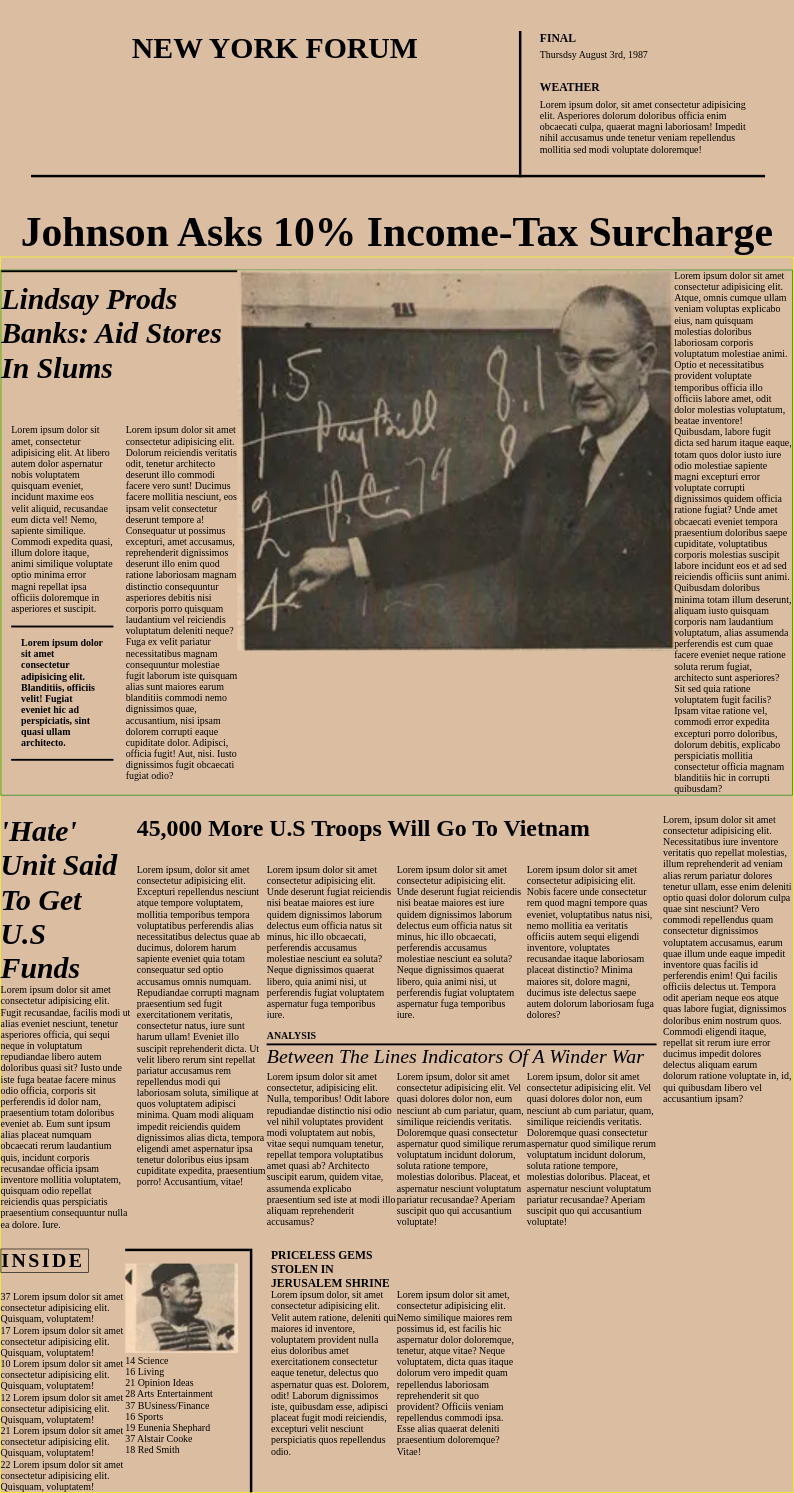
Repository: Arkitecth/newspaper-grid
Page: index.html
The author's editor kept a copy of each file at every save. The page is drawn from the files as they stood at one save, then again after the next save.
The browser window is 1280 px wide. The pictures show the whole page, at 62% of full size.

Above is the page before, as saved 2023-05-29 22:48:43.

### index.html
<!DOCTYPE html>
<html lang="en">
<head>
    <meta charset="UTF-8">
    <meta http-equiv="X-UA-Compatible" content="IE=edge">
    <meta name="viewport" content="width=device-width, initial-scale=1.0">
    <link rel="stylesheet" href="styles.css">
    <title>News Paper</title>
</head>
<body>
    <header id="header">
        <div>
            <h1>New York Forum</h1>
        </div>
        <div class="aside">
            <h3>Final</h3>
            <p>Thursdsy August 3rd, 1987</p>

            <h3>Weather</h3>
            <p>Lorem ipsum dolor, sit amet consectetur adipisicing elit. Asperiores dolorum doloribus officia enim obcaecati culpa, quaerat magni laboriosam! Impedit nihil accusamus unde tenetur veniam repellendus mollitia sed modi voluptate doloremque!</p>
        </div>
        <div class="divider"></div>
        <div class="divider"></div>
    </header>
    <main>
        <h2>Johnson Asks 10% Income-Tax Surcharge</h2>
        <div class="main-grid">
            <div class="first-row">
                <div class="sub-grid">
                    <h3>Lindsay Prods Banks: Aid Stores in Slums</h3>
                    <div class="sub-row">
                        <div class="left">
                            <p>Lorem ipsum dolor sit amet, consectetur adipisicing elit. At libero autem dolor aspernatur nobis voluptatem quisquam eveniet, incidunt maxime eos velit aliquid, recusandae eum dicta vel! Nemo, sapiente similique. Commodi expedita quasi, illum dolore itaque, animi similique voluptate optio minima error magni repellat ipsa officiis doloremque in asperiores et suscipit.</p>
                            <br>
                            <p class="highlight">Lorem ipsum dolor sit amet consectetur adipisicing elit. Blanditiis, officiis velit! Fugiat eveniet hic ad perspiciatis, sint quasi ullam architecto.</p>
                        </div>
                        <div class="right">
                            <p>Lorem ipsum dolor sit amet consectetur adipisicing elit. Dolorum reiciendis veritatis odit, tenetur architecto deserunt illo commodi facere vero sunt! Ducimus facere mollitia nesciunt, eos ipsam velit consectetur deserunt tempore a! Consequatur ut possimus excepturi, amet accusamus, reprehenderit dignissimos deserunt illo enim quod ratione laboriosam magnam distinctio consequuntur asperiores debitis nisi corporis porro quisquam laudantium vel reiciendis voluptatum deleniti neque? Fuga ex velit pariatur necessitatibus magnam consequuntur molestiae fugit laborum iste quisquam alias sunt maiores earum blanditiis commodi nemo dignissimos quae, accusantium, nisi ipsam dolorem corrupti eaque cupiditate dolor. Adipisci, officia fugit! Aut, nisi. Iusto dignissimos fugit obcaecati fugiat odio?</p>
                        </div>
                    </div>

                </div>

                <div class="middle-content">
                    <img src="assets/teacher.png" alt="teacher teaching stuff">
                </div>

                <div class="right-content">
                    <p>Lorem ipsum dolor sit amet consectetur adipisicing elit. Atque, omnis cumque ullam veniam voluptas explicabo eius, nam quisquam molestias doloribus laboriosam corporis voluptatum molestiae animi. Optio et necessitatibus provident voluptate temporibus officia illo officiis labore amet, odit dolor molestias voluptatum, beatae inventore! Quibusdam, labore fugit dicta sed harum itaque eaque, totam quos dolor iusto iure odio molestiae sapiente magni excepturi error voluptate corrupti dignissimos quidem officia ratione fugiat? Unde amet obcaecati eveniet tempora praesentium doloribus saepe cupiditate, voluptatibus corporis molestias suscipit labore incidunt eos et ad sed reiciendis officiis sunt animi. Quibusdam doloribus minima totam illum deserunt, aliquam iusto quisquam corporis nam laudantium voluptatum, alias assumenda perferendis est cum quae facere eveniet neque ratione soluta rerum fugiat, architecto sunt asperiores? Sit sed quia ratione voluptatem fugit facilis? Ipsam vitae ratione vel, commodi error expedita excepturi porro doloribus, dolorum debitis, explicabo perspiciatis mollitia consectetur officia magnam blanditiis hic in corrupti quibusdam?</p>
                </div>
            </div>


            <div class="second-row">
                <div class="first">
                    <h3>'Hate' Unit Said to Get U.S Funds</h3>
                    <p>Lorem ipsum dolor sit amet consectetur adipisicing elit. Fugit recusandae, facilis modi ut alias eveniet nesciunt, tenetur asperiores officia, qui sequi neque in voluptatum repudiandae libero autem doloribus quasi sit? Iusto unde iste fuga beatae facere minus odio officia, corporis sit perferendis id dolor nam, praesentium totam doloribus eveniet ab. Eum sunt ipsum alias placeat numquam obcaecati rerum laudantium quis, incidunt corporis recusandae officia ipsam inventore mollitia voluptatem, quisquam odio repellat reiciendis quas perspiciatis praesentium consequuntur nulla ea dolore. Iure.</p>
                </div>
                <div class="middle">
                    <h3>45,000 More U.S Troops will go to vietnam</h3>
                    <div class="middle-grid">
                        <p class="span-paragraph">Lorem ipsum, dolor sit amet consectetur adipisicing elit. Excepturi repellendus nesciunt atque tempore voluptatem, mollitia temporibus tempora voluptatibus perferendis alias necessitatibus delectus quae ab ducimus, dolorem harum sapiente eveniet quia totam consequatur sed optio accusamus omnis numquam. Repudiandae corrupti magnam praesentium sed fugit exercitationem veritatis, consectetur natus, iure sunt harum ullam! Eveniet illo suscipit reprehenderit dicta. Ut velit libero rerum sint repellat pariatur accusamus rem repellendus modi qui laboriosam soluta, similique at quos voluptatem adipisci minima. Quam modi aliquam impedit reiciendis quidem dignissimos alias dicta, tempora eligendi amet aspernatur ipsa tenetur doloribus eius ipsam cupiditate expedita, praesentium porro! Accusantium, vitae!</p>
                        <p>Lorem ipsum dolor sit amet consectetur adipisicing elit. Unde deserunt fugiat reiciendis nisi beatae maiores est iure quidem dignissimos laborum delectus eum officia natus sit minus, hic illo obcaecati, perferendis accusamus molestiae nesciunt ea soluta? Neque dignissimos quaerat libero, quia animi nisi, ut perferendis fugiat voluptatem aspernatur fuga temporibus iure.</p>
                        <p>Lorem ipsum dolor sit amet consectetur adipisicing elit. Unde deserunt fugiat reiciendis nisi beatae maiores est iure quidem dignissimos laborum delectus eum officia natus sit minus, hic illo obcaecati, perferendis accusamus molestiae nesciunt ea soluta? Neque dignissimos quaerat libero, quia animi nisi, ut perferendis fugiat voluptatem aspernatur fuga temporibus iure.</p>
                       <p>Lorem ipsum dolor sit amet consectetur adipisicing elit. Nobis facere unde consectetur rem quod magni tempore quas eveniet, voluptatibus natus nisi, nemo mollitia ea veritatis officiis autem sequi eligendi inventore, voluptates recusandae itaque laboriosam placeat distinctio? Minima maiores sit, dolore magni, ducimus iste delectus saepe autem dolorum laboriosam fuga dolores?</p>
                        <div class="bottom-grid">
                            <h4>Analysis</h4>
                            <h3>Between the Lines Indicators of a Winder War</h3>
                            <div class="last-bottom-row">
                                <p>Lorem ipsum dolor sit amet consectetur, adipisicing elit. Nulla, temporibus! Odit labore repudiandae distinctio nisi odio vel nihil voluptates provident modi voluptatem aut nobis, vitae sequi numquam tenetur, repellat tempora voluptatibus amet quasi ab? Architecto suscipit earum, quidem vitae, assumenda explicabo praesentium sed iste at modi illo aliquam reprehenderit accusamus?</p>
                                <p>Lorem ipsum, dolor sit amet consectetur adipisicing elit. Vel quasi dolores dolor non, eum nesciunt ab cum pariatur, quam, similique reiciendis veritatis. Doloremque quasi consectetur aspernatur quod similique rerum voluptatum incidunt dolorum, soluta ratione tempore, molestias doloribus. Placeat, et aspernatur nesciunt voluptatum pariatur recusandae? Aperiam suscipit quo qui accusantium voluptate!</p>
                                <p>Lorem ipsum, dolor sit amet consectetur adipisicing elit. Vel quasi dolores dolor non, eum nesciunt ab cum pariatur, quam, similique reiciendis veritatis. Doloremque quasi consectetur aspernatur quod similique rerum voluptatum incidunt dolorum, soluta ratione tempore, molestias doloribus. Placeat, et aspernatur nesciunt voluptatum pariatur recusandae? Aperiam suscipit quo qui accusantium voluptate!</p>
                            </div>

                        </div>

                    </div>

                </div>
                <div class="last">
                    <p>Lorem, ipsum dolor sit amet consectetur adipisicing elit. Necessitatibus iure inventore veritatis quo repellat molestias, illum reprehenderit ad veniam alias rerum pariatur dolores tenetur ullam, esse enim deleniti optio quasi dolor dolorum culpa quae sint nesciunt? Vero commodi repellendus quam consectetur dignissimos voluptatem accusamus, earum quae illum unde eaque impedit inventore quas facilis id perferendis enim! Qui facilis officiis delectus ut. Tempora odit aperiam neque eos atque quas labore fugiat, dignissimos doloribus enim nostrum quos. Commodi eligendi itaque, repellat sit rerum iure error ducimus impedit dolores delectus aliquam earum dolorum ratione voluptate in, id, qui quibusdam libero vel accusantium ipsam?</p>
                </div>
            </div>




            <div class="third-row">
                <div class="first-column">
                    <div class="first">
                        <div class="first-line"></div>
                        <h3>Inside </h3>
                        <p>37 Lorem ipsum dolor sit amet consectetur adipisicing elit. Quisquam, voluptatem!</p>
                        <p>17 Lorem ipsum dolor sit amet consectetur adipisicing elit. Quisquam, voluptatem!</p>
                        <p>10 Lorem ipsum dolor sit amet consectetur adipisicing elit. Quisquam, voluptatem!</p>
                        <p>12 Lorem ipsum dolor sit amet consectetur adipisicing elit. Quisquam, voluptatem!</p>
                        <p>21 Lorem ipsum dolor sit amet consectetur adipisicing elit. Quisquam, voluptatem!</p>
                        <p>22 Lorem ipsum dolor sit amet consectetur adipisicing elit. Quisquam, voluptatem!</p>

                    </div>
                    <div class="second">
                        <div class="line"></div>
                        <img class="person-img" src="assets/person.png" alt="Newspaper">
                        <p>14 Science</p>
                        <p>16 Living</p>
                        <p>21 Opinion Ideas</p>
                        <p>28 Arts Entertainment</p>
                        <p>37 BUsiness/Finance</p>
                        <p>16 Sports</p>
                        <p>19 Eunenia Shephard</p>
                        <p>37 Alstair Cooke</p>
                        <p>18 Red Smith</p>
                    </div>
                </div>

                <div class="second-column">
                    <div class="column-2-row">
                        <h3>Priceless Gems Stolen in Jerusalem Shrine</h3>
                    </div>

                    <div class="next-row">
                        <div class="two-grid">
                            <p>Lorem ipsum dolor, sit amet consectetur adipisicing elit. Velit autem ratione, deleniti qui maiores id inventore, voluptatem provident nulla eius doloribus amet exercitationem consectetur eaque tenetur, delectus quo aspernatur quas est. Dolorem, odit! Laborum dignissimos iste, quibusdam esse, adipisci placeat fugit modi reiciendis, excepturi velit nesciunt perspiciatis quos repellendus odio.</p>
                        </div>
                        <div class="two-grid">
                            <p>Lorem ipsum dolor sit amet, consectetur adipisicing elit. Nemo similique maiores rem possimus id, est facilis hic aspernatur dolor doloremque, tenetur, atque vitae? Neque voluptatem, dicta quas itaque dolorum vero impedit quam repellendus laboriosam reprehenderit sit quo provident? Officiis veniam repellendus commodi ipsa. Esse alias quaerat deleniti praesentium doloremque? Vitae! </p>
                        </div>
                    </div>


                </div>

                <div class="third-column">

                </div>

            </div>
        </div>
    </main>

</body>
</html>

### styles.css
* {
    padding: 0;
    margin: 0;
}

body {
    background-color: #dbbea1;
    max-width: 1500px;
}

h1,h3 {
    text-transform: uppercase;
}
#header {
    padding: 3.125rem;
    display: grid;
    grid-template-columns: 2fr 1fr;
}


/* Header */
#header h1 {
    text-align: center;
    font-size: 3rem;
}

h2 {
    text-align: center;
    width: 100%;
    font-size: 4.2rem;
}

.aside {
    border-left: 4px solid black;
    padding-left: 30px;
}

.aside p {
    padding-top: 0.5rem;
    margin-bottom: 2rem;
}

.divider {
    border: 2px solid black;
    width: 100%;
}

.main-grid{
    display: grid;
    grid-template-rows: auto auto auto;
    padding-top: 20px;
    border: 1px solid yellow;
    gap:30px;

}

/* First Row */
.first-row {
    display: grid;
    grid-template-columns: 2fr 3fr 1fr;
    border: 1px solid green;
}



.sub-grid {
    display: grid;
    grid-template-rows: auto;
    gap: 20px;
}

.sub-row {
    display: grid;
    grid-template-columns: 1fr 1fr;
    gap: 20px;
}

.sub-grid  h3 {
    font-size: 3rem;
    font-style: italic;
    border-top: 3px solid black;
    padding-bottom: 1.5rem;
    padding-top: 1rem;
    text-transform: capitalize;

}
.left{
    padding-left: 1rem;
}

.highlight {
    font-weight: bold;
    border-top: 3px solid black;
    padding: 1rem;
    border-bottom: 3px solid black;
}


/* Second Row */
.second-row {
    display: grid;
    grid-template-columns: 1fr 4fr 1fr;
    gap: 10px;
}


.first h3 {
    font-size: 3rem;
    font-style: italic;
    text-transform: capitalize;
}

.middle {
    display: grid;
    grid-template-rows: auto;
    row-gap: 10px;
}

.middle-grid {
    display: grid;
    grid-template-columns: 1fr 1fr 1fr 1fr;
    gap: 2px;
}

.middle h3 {
    font-size: 2.4rem;
    text-transform: capitalize;
}

.bottom-grid {
    display: grid;
    grid-template-rows: auto auto auto;
    grid-row: 2 ;
    grid-column: 2/span 4;
}

.bottom-grid h3 {
    font-style: italic;
    font-size: 2rem;
    font-weight: lighter;
}
.bottom-grid h4 {
    text-transform: uppercase;
    border-bottom: 3px solid black;
}

.last-bottom-row {
    display: grid;
    grid-template-columns: 1fr 1fr 1fr;
}

.span-paragraph {
    grid-row: 1 / span 2;
}

/* Third Row */
.third-row {
    display: grid;
    grid-template-columns: 1fr 1fr 1fr;
    gap: 30px;
}

.first-column {
    display: grid;
    grid-template-columns: 1fr 1fr;
    border-right: 4px solid black;
}

.first-column h3{
    font-style: normal;
    font-size: 2rem;
    letter-spacing: 0.25rem;
    border: 1px solid black;
    width: 140px;
    margin-bottom: 30px;
    text-transform: uppercase;
}
.person-img {
    margin-top: 20px;
}

.line {
    border: 2px solid black;
}

.second-column {
    display: grid;
    grid-template-rows: auto 1fr;
}

.column-2-row {
    display: grid;
    grid-template-columns: 1fr 1fr;
}

.next-row {
    display: grid;
    grid-template-columns: 1fr 1fr;
}

After the next save:
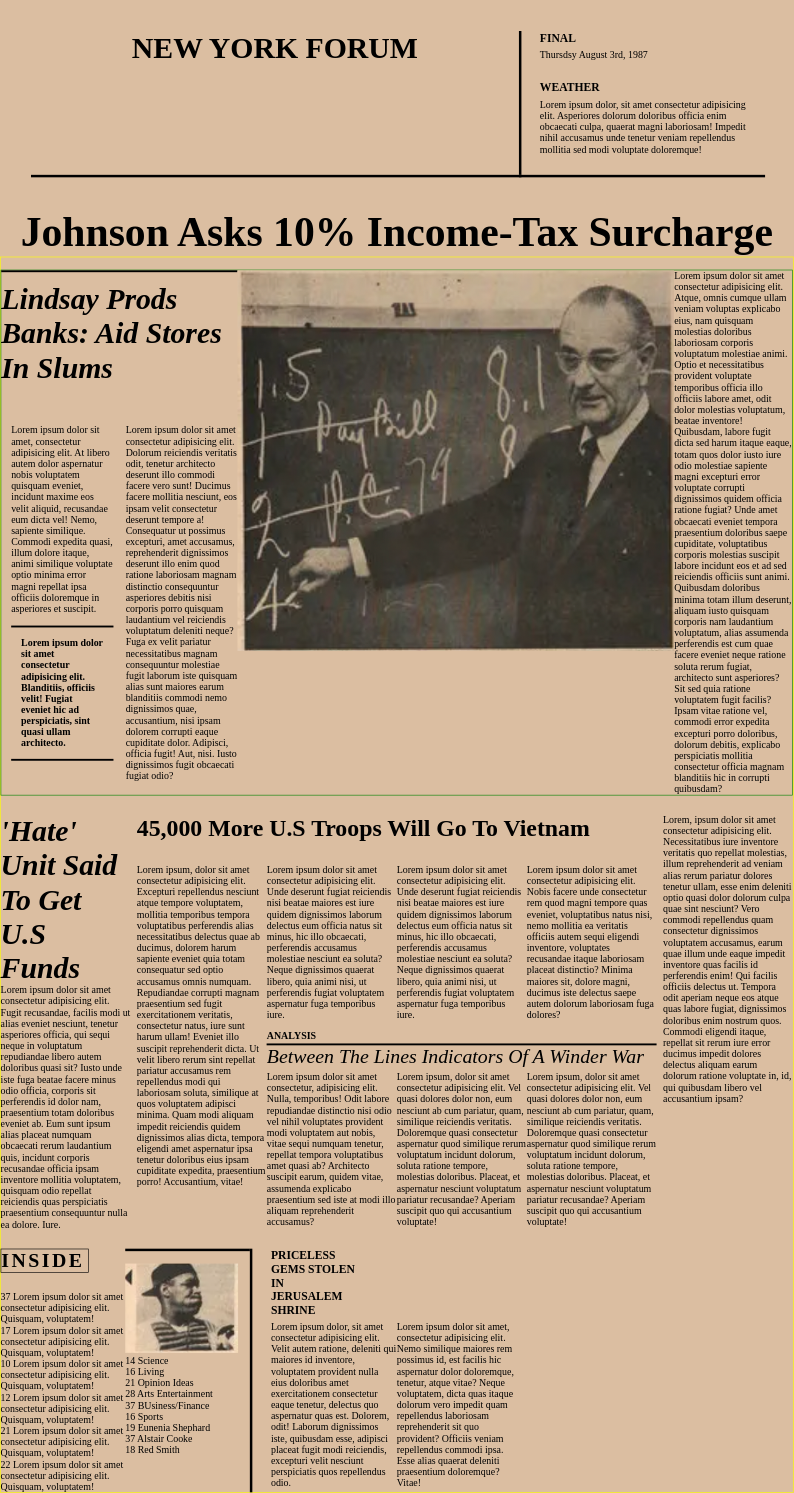
Saved 23 s later.
--- a/styles.css
+++ b/styles.css
@@ -185,15 +185,16 @@
 
 .second-column {
     display: grid;
-    grid-template-rows: auto 1fr;
-}
+    grid-template-rows: auto auto;
+}
+
 
 .column-2-row {
     display: grid;
+    grid-template-columns: 1fr 1fr 1fr;
+}
+
+.next-row {
+    display: grid;
     grid-template-columns: 1fr 1fr;
 }
-
-.next-row {
-    display: grid;
-    grid-template-columns: 1fr 1fr;
-}
